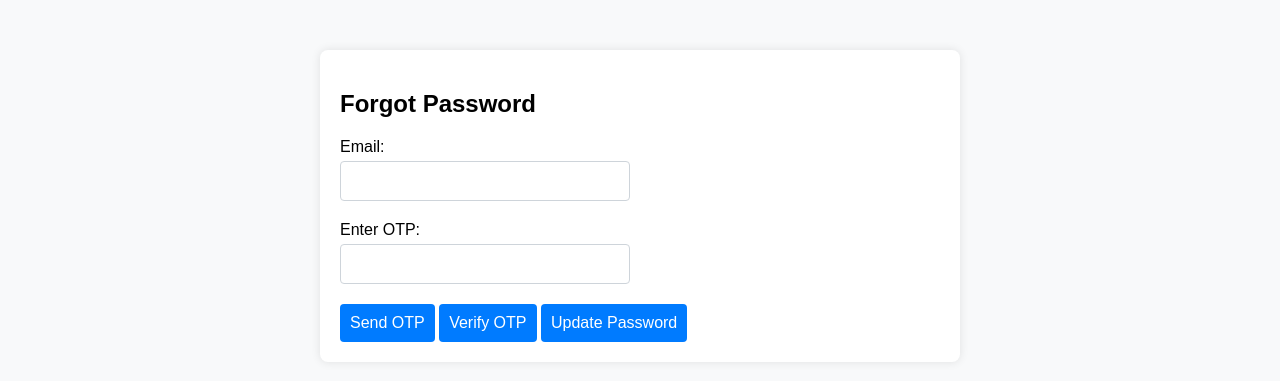
Repository: thatipallyvinod/AdvanceJava
Page: Gaming Project/src/main/webapp/psw.html
The author's editor kept a copy of each file at every save. The page is drawn from the files as they stood at one save, then again after the next save.
The browser window is 1280 px wide. The pictures show the whole page.

Above is the page before, as saved 2024-03-18 16:41:58.

### Gaming Project/src/main/webapp/psw.html
<!DOCTYPE html>
<html lang="en">
<head>
    <meta charset="UTF-8">
    <meta name="viewport" content="width=device-width, initial-scale=1.0">
    <title>Forgot Password</title>
    <style>
        body {
            font-family: Arial, sans-serif;
            background-color: #f8f9fa;
        }
        .container {
            max-width: 600px;
            margin: auto;
            padding: 20px;
            background-color: #fff;
            border-radius: 8px;
            box-shadow: 0 0 10px rgba(0, 0, 0, 0.1);
            margin-top: 50px;
        }
        .form-group {
            margin-bottom: 20px;
        }
        .form-group label {
            display: block;
            margin-bottom: 5px;
        }
        .form-control {
            width: calc(50% - 10px);
            padding: 10px;
            font-size: 16px;
            border-radius: 4px;
            border: 1px solid #ced4da;
            display: inline-block;
            box-sizing: border-box;
            vertical-align: top;
        }
        .btn-primary {
            padding: 10px;
            font-size: 16px;
            color: #fff;
            background-color: #007bff;
            border: none;
            border-radius: 4px;
            cursor: pointer;
            display: inline-block;
            vertical-align: top;
        }
        .btn-primary:hover {
            background-color: #0056b3;
        }
        .alert {
            padding: 10px;
            margin-bottom: 20px;
            border-radius: 4px;
        }
        .alert-success {
            background-color: #d4edda;
            border-color: #c3e6cb;
            color: #155724;
        }
        .alert-danger {
            background-color: #f8d7da;
            border-color: #f5c6cb;
            color: #721c24;
        }
    </style>
</head>
<body>
    <div class="container">
        <h2 class="text-center">Forgot Password</h2>
        <form id="forgot-password-form">
            <div class="form-group">
                <label for="email">Email:</label>
                <input type="email" class="form-control" id="email" required>
            </div>
            <div class="form-group">
                <label for="otp">Enter OTP:</label>
                <input type="text" class="form-control" id="otp" required>
            </div>
            <button type="button" class="btn btn-primary" onclick="sendOTP()">Send OTP</button>
            <button type="button" class="btn btn-primary" onclick="verifyOTP()">Verify OTP</button>
            <button type="button" class="btn btn-primary" onclick="updatePassword()">Update Password</button>
        </form>
        <div id="message" class="alert" style="display: none;"></div>
    </div>

    <script>
        function sendOTP() {
            // Implement logic to send OTP to the user's email address
            // For demonstration purposes, let's assume the OTP is sent successfully
            showMessage('OTP sent to your email.', 'success');
        }

        function verifyOTP() {
            // Implement logic to verify the entered OTP
            // For demonstration purposes, let's assume the OTP is verified successfully
            showMessage('OTP verified successfully.', 'success');
        }

        function updatePassword() {
            // Implement logic to update the user's password
            // For demonstration purposes, let's assume the password is updated successfully
            showMessage('Password updated successfully.', 'success');
        }

        function showMessage(message, type) {
            var messageElement = document.getElementById('message');
            messageElement.textContent = message;
            messageElement.className = 'alert alert-' + type;
            messageElement.style.display = 'block';
        }
    </script>
</body>
</html>

After the next save:
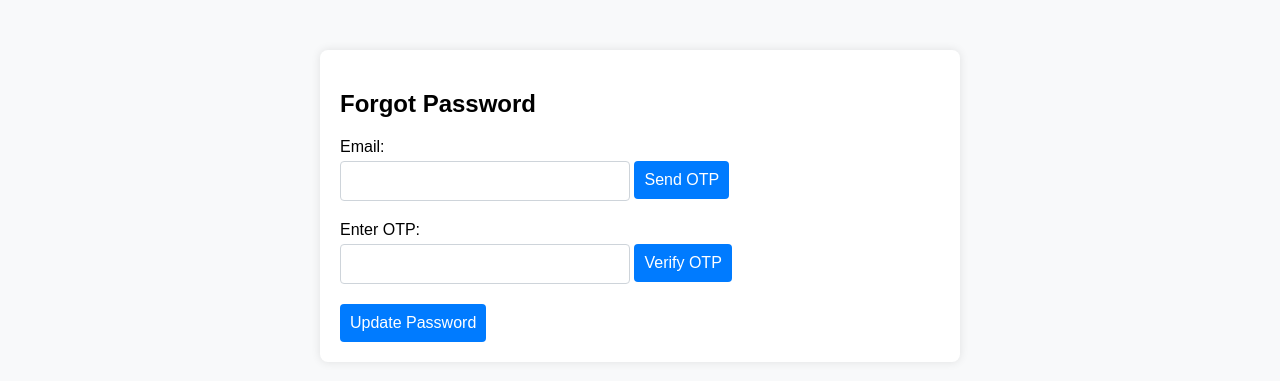
Saved 80 s later.
--- a/Gaming Project/src/main/webapp/psw.html
+++ b/Gaming Project/src/main/webapp/psw.html
@@ -73,13 +73,13 @@
             <div class="form-group">
                 <label for="email">Email:</label>
                 <input type="email" class="form-control" id="email" required>
+              <button type="button" class="btn btn-primary" onclick="sendOTP()">Send OTP</button>
             </div>
             <div class="form-group">
                 <label for="otp">Enter OTP:</label>
                 <input type="text" class="form-control" id="otp" required>
+                       <button type="button" class="btn btn-primary" onclick="verifyOTP()">Verify OTP</button>
             </div>
-            <button type="button" class="btn btn-primary" onclick="sendOTP()">Send OTP</button>
-            <button type="button" class="btn btn-primary" onclick="verifyOTP()">Verify OTP</button>
             <button type="button" class="btn btn-primary" onclick="updatePassword()">Update Password</button>
         </form>
         <div id="message" class="alert" style="display: none;"></div>
